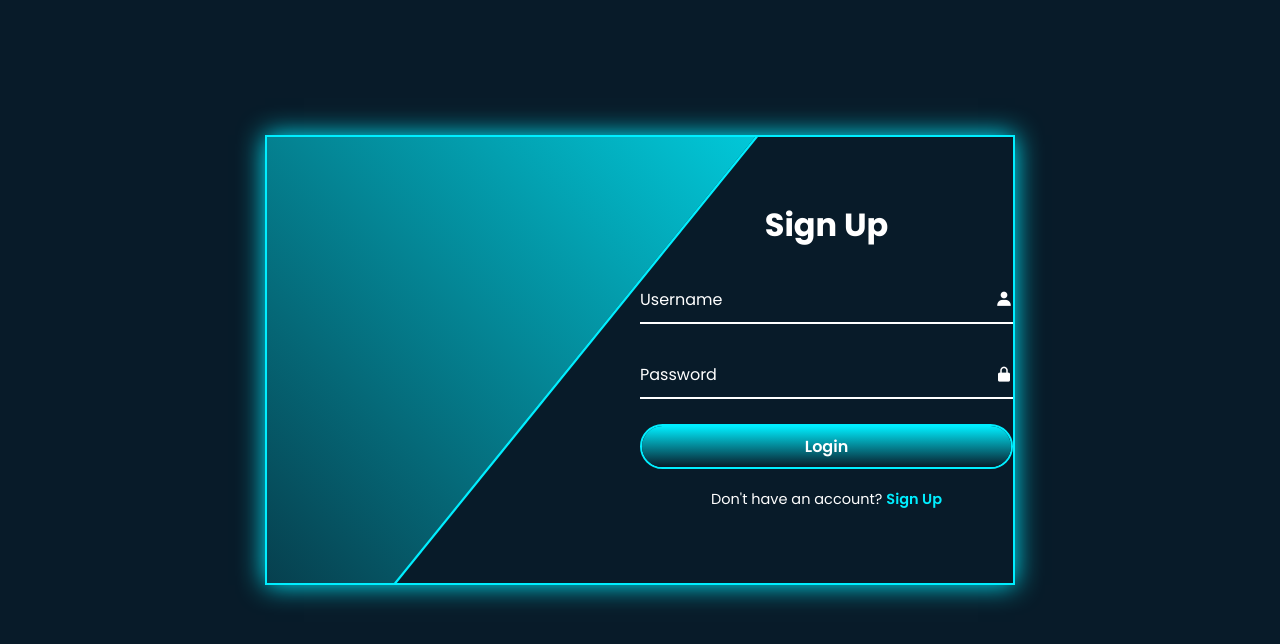
Repository: swastikjhacoder/Login-Registration-HTML
Page: index.html
An editor plug-in stored every save of this project. The page is shown before and after the next save, followed by the edit.
The browser window is 1280 px wide. The pictures show the whole page.

Above is the page before, as saved 2023-09-18 15:58:44.
Not found: js/toastify.js

After the next save:
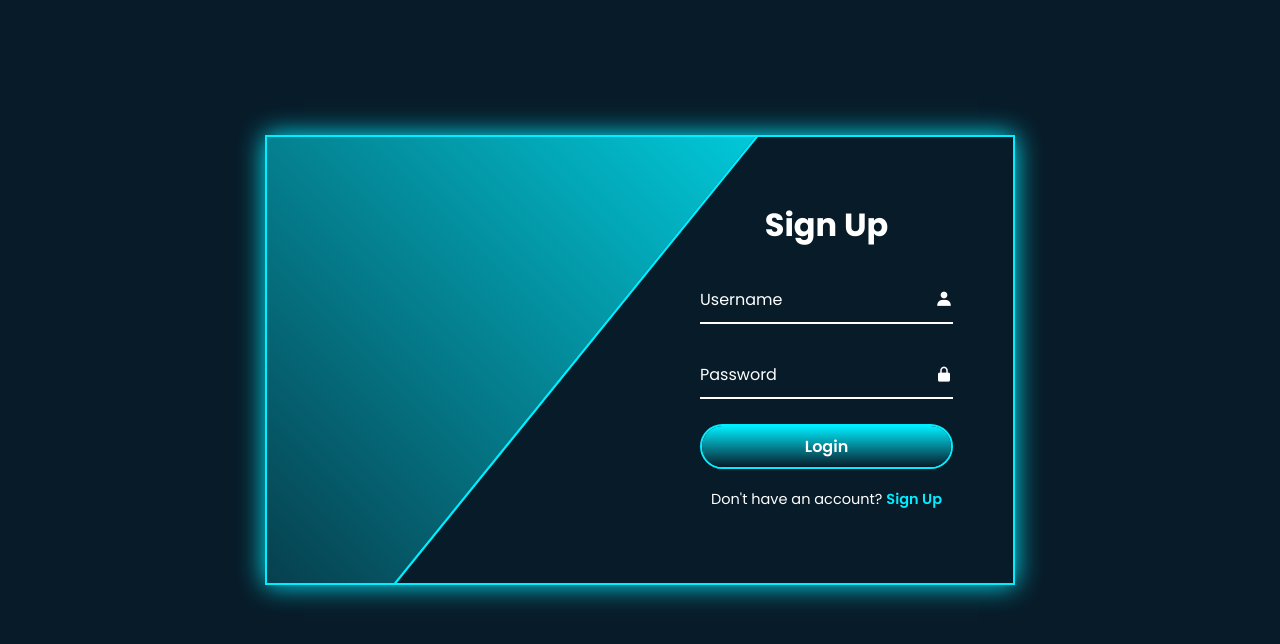
Saved 5 s later.
--- a/style.css
+++ b/style.css
@@ -43,7 +43,7 @@ body {
 
 .wrapper .form-box.register {
     right: 0;
-    padding: ;
+    padding: 0 60px ;
 }
 
 .form-box h2 {
